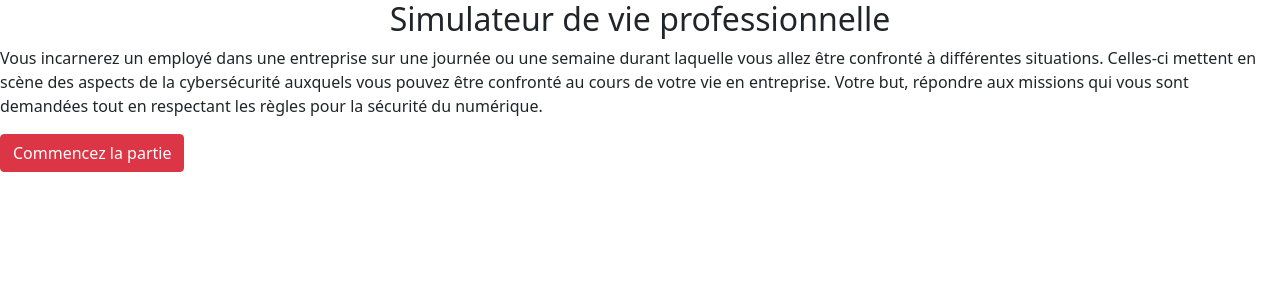
Repository: Geleetz/Workshop-I1-EPSI
Page: http://localhost/
The author's editor kept a copy of each file at every save. The page is drawn from the files as they stood at one save, then again after the next save.
The browser window is 1280 px wide. The pictures show the whole page.
The page is run by PHP 8.4 with error messages shown; the project is at /var/www/html/.

Above is the page before, as saved 2021-09-28 10:41:40.

After the next save:
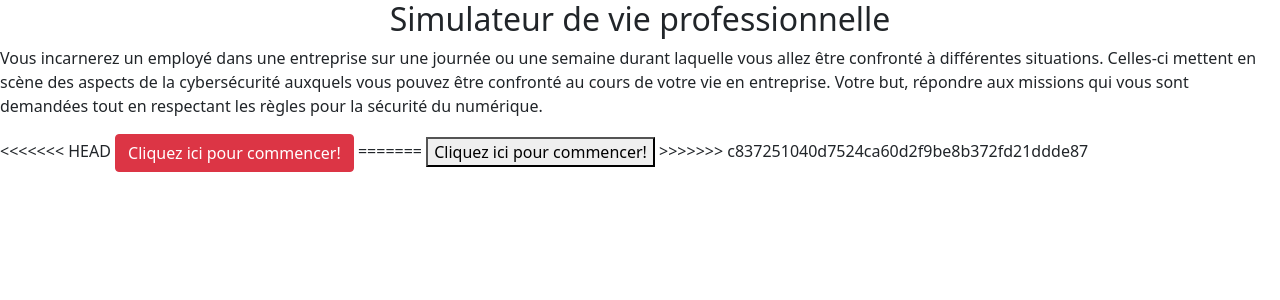
Saved 76 s later.
--- a/index.php
+++ b/index.php
@@ -19,7 +19,11 @@
     la sécurité du numérique.</p>
   <form>
     <!--type="submit" formaction="https://fr.w3docs.com/"-->
-      <button type="button" class="btn btn-danger">Commencez la partie</button>
+<<<<<<< HEAD
+      <button type="button" class="btn btn-danger">Cliquez ici pour commencer!</button>
+=======
+    <button >Cliquez ici pour commencer!</button>
+>>>>>>> c837251040d7524ca60d2f9be8b372fd21ddde87
   </form>
 </body>
 <!-- Ajout des librairies JS -->
